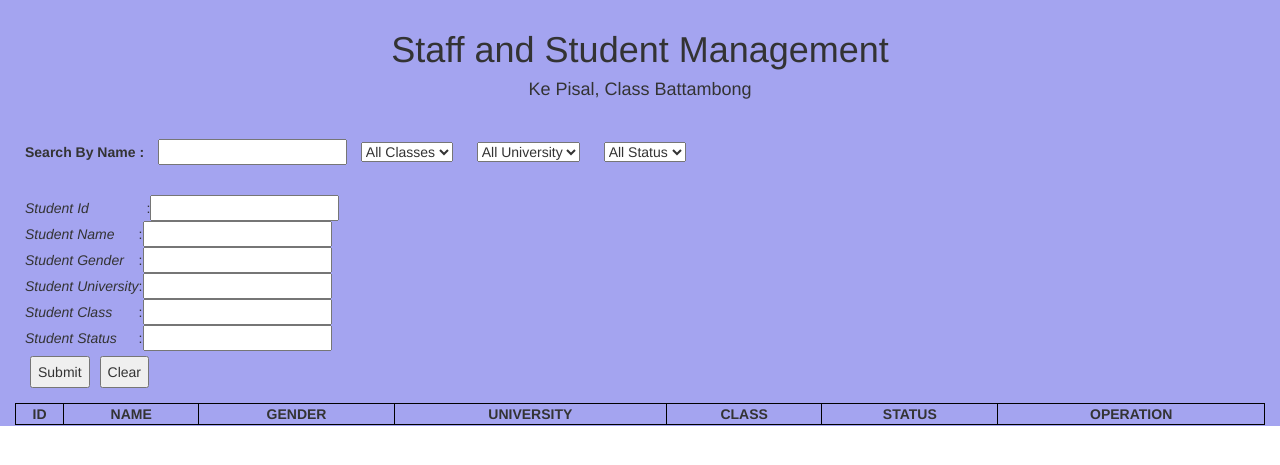
Repository: kepisal/ServletJAVA
Page: http://localhost/AjaxStaffandStudent/
The author's editor kept a copy of each file at every save. The page is drawn from the files as they stood at one save, then again after the next save.
The browser window is 1280 px wide. The pictures show the whole page.
The page is served by Tomcat 9. Other server files are loaded and not shown. Queries for data that is not in the repository find no rows.

Above is the page before, as saved 2015-07-10 16:38:48.

### AjaxStaffandStudent/WebContent/index.jsp
<%@ page language="java" contentType="text/html; charset=ISO-8859-1"
	pageEncoding="ISO-8859-1"%>
<!DOCTYPE html>
<html>
<head>
<meta http-equiv="Content-Type" content="text/html; charset=ISO-8859-1">
<title>Staff and Student Management</title>
<link rel="stylesheet" type="text/css"
	href="bootstrap/css/bootstrap.css">
<!-- <link rel="stylesheet" type="text/css" href="css/style.css"> -->

<!-- <script
	src="http://ajax.googleapis.com/ajax/libs/jquery/1.11.3/jquery.min.js"></script> -->
<script type="text/javascript" src="js/jquery-min.js"></script>
<script type="text/javascript" src="bootstrap/js/bootstrap.js"></script>
<script type="text/javascript" src="bootstrap/js/bootstrap.min.js"></script>
<style type="text/css">
.maincontent {
	background-color: #A4A4F0;
}

#title {
	padding: 10px;
	width: 100%;
}

option {
	height: 23px;
}

.mytb td, .mytb th{
	border: 1px solid black;
	border-collapse: collapse;
	text-align: center;

}
#title{
	text-align: center;
}

img {
	width: 20px;
}

#classlist, #universitylist, #txtinput, #statuslist {
	display: inline-block;
	margin: 10px;
}

button {
	margin: 5px;
	height: 32px
}
</style>
</head>
<body>
	<div class="maincontent col-sm-12">
		<div id="sheader">
			<div id="title">
				<h1>Staff and Student Management</h1>
				<h4>Ke Pisal, Class Battambong</h4>
			</div>
			<div id="classlist">
				<label>Search By Name : </label> <input type=text id=txtinput /> <select
					id=classselected onclick="searchClass()">

				</select>
			</div>
			<div id="universitylist">
				<select id=unvselected onclick="searchUniversity()">

				</select>
			</div>
			<div id="statuslist">
				<select id=statusselected onclick="searchStatus()">
					<option value=''>All Status</option>
					<option value=1>Active</option>
					<option value=0>Deactive</option>
				</select>
			</div>
		</div>
		<div id="sform">
			<table class="stuform" style="margin:10px;border:0px;">
				<tr><td><i>Student Id</i></td><td>&nbsp;&nbsp;:<input/></td></tr>
				<tr><td><i>Student Name </i></td><td>:<input/></td></tr>
				<tr><td><i>Student Gender </i></td><td>:<input/></td></tr>
				<tr><td><i>Student University </i></td><td>:<input/></td></tr>
				<tr><td><i>Student Class </i></td><td>:<input/></td></tr>
				<tr><td><i>Student Status </i></td><td>:<input/></td></tr>
				<tr><td colspan="2"><button id="btnadd btn btn-success" onclick="add()">Submit</button><button id="btnclear btn btn-success" onclick="add()">Clear</button></td></tr>
			</table>
		</div>
		<div id="sbody">
			<table class="mytb col-sm-12">
				<thead>
					<tr>
						<th>ID</th>
						<th>NAME</th>
						<th>GENDER</th>
						<th>UNIVERSITY</th>
						<th>CLASS</th>
						<th>STATUS</th>
						<th>OPERATION</th>
					</tr>
				</thead>
				<tbody id="tblist">
				</tbody>
			</table>
			<div id="sdetails">
				<!-- <i><h2>-------------Information Detail------------</h2></i> <label>ID
				:</label>
			<h3 id="stuid"></h3>
			<label>NAME :</label>
			<h3 id="stuname"></h3>
			<label>GENDER :</label>
			<h3 id="stugender"></h3>
			<label>UINVERSITY :</label>
			<h3 id="stuuniversity"></h3>
			<label>CLASS :</label>
			<h3 id="stuclass"></h3>
			<label>STATUS :</label>
			<h3 id="stustatus">ss</h3>
			<i><h2>-------------Information Detail------------</h2></i> -->
			</div>
		</div>
		<div class="col-sm-3"></div>
	</div>
	<script type="text/javascript" src="js/script.js"></script>
</body>
</html>

### AjaxStaffandStudent/WebContent/js/script.js
$(document).ready(function() {
	lists(); // list all objects in table
	droplist(); // list all objects in dropdownlist(class, university)
	$("#txtinput").keyup(function() {
		searchName($("#txtinput").val()); // action keyup on textbox
	});
});
/*
 * @param : data is JSon generate <option> value </option> for dropdownlist
 * class
 */
function classlist(data) {
	var str = "";
	str += "<option value=''>All Classes</option>;";
	for (var i = 0; i < data.length; i++) {
		str += "<option value=" + data[i].classes + ">" + data[i].classes;
	}
	str += "</option>";
	return str;
}
/*
 * @param : data is JSon generate <option> value </option> for dropdownlist
 * university
 */
function unvlist(data) {
	var str = "";
	str += "<option value=''>All University</option>;";
	for (var i = 0; i < data.length; i++) {
		str += "<option value=" + data[i].unversity + ">" + data[i].unversity;
	}
	str += "</optiont>";
	return str;
}

/*
 * get data from url and put into function with param
 */
function droplist() {
	$.post("classlist.hrd", function(data) {
		$("#classselected").html(classlist(data));
	});
	$.post("universitylist.hrd", function(data) {
		$("#unvselected").html(unvlist(data));
	});
}
/*
 * generate rows inside table list
 */
function lists() {
	$.post("listobject.hrd", function(data) {
		$("#tblist").html(listobjectdetails(data));
	});

}
/*
 * create tag <tr><td> value </td></tr> follow data
 */
function listobjectdetails(data) {
	var str = "";
	for (var i = 0; i < data.length; i++) {

		str += "<tr>" + "<td id=studid" + i + ">" + data[i].stuid + "</td>"
				+ "<td>" + data[i].stuname + "</td>" + "<td>"
				+ checkGender(data[i].gender) + "</td>" + "<td>"
				+ data[i].unversity + "</td>" + "<td>" + data[i].classes
				+ "</td>" + "<td>" + checkStatus(data[i].status, i) + "</td>"
				+ "<td><button class=btnEdit" + i + " onclick=editFun(" + i
				+ ")>Edit</button><button class=btnRemove" + i
				+ " onclick=removeFun(" + i
				+ ")>Remove</button><button  class=btnView" + i
				+ " onclick=viewFun(" + i + ")>View</button></td>" + "</tr>";
	}

	str += "</table>";

	return str;
}
/*
 * create form for edit and insertion
 */
function myform() {
	var str = "";
}

/*
 * change value 0,1 to male and female
 */
function checkGender(data) {
	var gender;
	if (data == 0) {
		gender = "Male";
	} else {
		gender = "Female";
	}
	return gender;
}
/*
 * change value 0,1 to image 0.png and 1.png
 */
function checkStatus(data, i) {
	var img;
	if (data == 0) {
		img = "<a href=#><img src=img/0.png id=mydata" + i
				+ " onclick=updateStatus(" + i + "," + data + ")></a>";
	} else {
		img = "<a href=#><img src=img/1.png id=mydata" + i
				+ " onclick=updateStatus(" + i + "," + data + ")></a>";
	}
	return img;
}
/*
 * @param : id, value id -> id of each students value -> value of status update
 * status
 */
function updateStatus(id, value) {
	var stuid = $("#studid" + id).text();
	var active;
	if (value == 0) {
		active = 1;
	} else {
		active = 0;
	}
	$.post("editobject.hrd", {
		stu_id : stuid,
		stu_status : active
	}, function(data) {
		lists();
	});
}
/*
 * search by name()
 */
function searchName() {
	var stuname = $('#txtinput').val();
	var stuclass = $('#classselected option:selected').val();
	var stuuniver = $('#unvselected option:selected').val();
	var stustatus = $('#statusselected option:selected').val();
	if (stuname == '') {
		lists();
	}
	$.post("searchobject.hrd", {
		stu_name : stuname,
		stu_class : stuclass,
		stu_university : stuuniver,
		stu_status : stustatus
	}, function(data) {
		$("#tblist").html(listobjectdetails(data));
	});
}
/*
 * search by class()
 */
function searchClass() {
	var stuname = $('#txtinput').val();
	var stuclass = $('#classselected option:selected').val();
	var stuuniver = $('#unvselected option:selected').val();
	var stustatus = $('#statusselected option:selected').val();
	$.post("searchobject.hrd", {
		stu_name : stuname,
		stu_class : stuclass,
		stu_university : stuuniver,
		stu_status : stustatus
	}, function(data) {
		$("#tblist").html(listobjectdetails(data));
	});
}
/*
 * search by university()
 */
function searchUniversity() {
	var stuname = $('#txtinput').val();
	var stuclass = $('#classselected option:selected').val();
	var stuuniver = $('#unvselected option:selected').val();
	var stustatus = $('#statusselected option:selected').val();
	$.post("searchobject.hrd", {
		stu_name : stuname,
		stu_class : stuclass,
		stu_university : stuuniver,
		stu_status : stustatus
	}, function(data) {
		$("#tblist").html(listobjectdetails(data));
	});
}
/*
 * search by status()
 */
function searchStatus() {
	var stuname = $('#txtinput').val();
	var stuclass = $('#classselected option:selected').val();
	var stuuniver = $('#unvselected option:selected').val();
	var stustatus = $('#statusselected option:selected').val();
	$.post("searchobject.hrd", {
		stu_name : stuname,
		stu_class : stuclass,
		stu_university : stuuniver,
		stu_status : stustatus
	}, function(data) {
		$("#tblist").html(listobjectdetails(data));
	});
}
/*
 * Add Function
 */
function add() {
	$("#sbody").load("pages/addForm.html"); // load file from article
}

function editFun(i) {
	alert("This is Edit" + $("#studid" + i).text());
}
function removeFun(i) {
	var stuid = $("#studid" + i).text();
	$.post("deleteobject.hrd", {
		stu_id : stuid
	}, function(data) {
		lists();
	});
}
function viewFun(i) {
	var stuid = $("#studid" + i).text();
	$.post("viewobject.hrd", {
		stu_id : stuid
	}, function(data) {
		$("#sbody").load("pages/viewdetails.html");
	});
}

### AjaxStaffandStudent/src/Controller/Front_Controller.java
package Controller;
import java.io.IOException;

import javax.servlet.RequestDispatcher;
import javax.servlet.ServletException;
import javax.servlet.annotation.WebServlet;
import javax.servlet.http.HttpServlet;
import javax.servlet.http.HttpServletRequest;
import javax.servlet.http.HttpServletResponse;

import Model.ObjectDAO;

@WebServlet("*.hrd")
public class Front_Controller extends HttpServlet {
	private static final long serialVersionUID = 1L;

	public Front_Controller() {
		super();
	}

	protected void doGet(HttpServletRequest request, HttpServletResponse response) throws ServletException, IOException {
		doProcess(request, response);
	}

	protected void doPost(HttpServletRequest request, HttpServletResponse response) throws ServletException, IOException {
		doProcess(request, response);
	}

	protected void doProcess(HttpServletRequest request, HttpServletResponse response) throws ServletException, IOException {
		String RequestURI = request.getRequestURI();

		System.out.println(RequestURI);
		String contextPath = request.getContextPath();
		System.out.println(contextPath);
		String command = RequestURI.substring(contextPath.length());
		ActionForward forward = null;
		Action action = null;

		System.out.println(command);

		switch(command){
			case "/listobject.hrd":
				action = new ListObject();
				try {
					forward = action.execute(request, response);
					System.out.println(forward);
				} catch (Exception e) {
					e.printStackTrace();
				}
				break;
			case "/classlist.hrd":
				action = new classList();
				try {
					forward = action.execute(request, response);
					System.out.println(forward);
				} catch (Exception e) {
					e.printStackTrace();
				}
				break;
			case "/universitylist.hrd":
				action = new universityList();
				try {
					forward = action.execute(request, response);
					System.out.println(forward);
				} catch (Exception e) {
					e.printStackTrace();
				}
				break;
			case "/editobject.hrd":
				action = new EditObject();
				try {
					forward = action.execute(request, response);
				} catch (Exception e) {
					e.printStackTrace();
				}
				break;
			case "/searchobject.hrd":
				action = new Search();
				try {
					forward = action.execute(request, response);
				} catch (Exception e) {
					e.printStackTrace();
				}
				break;
			case "/viewobject.hrd":
				action = new ViewObject();
				try {
					forward = action.execute(request, response);
				} catch (Exception e) {
					e.printStackTrace();
				}
				break;
			case "/deleteobject.hrd":
				action = new DeleteObject();
				try {
					forward = action.execute(request, response);
				} catch (Exception e) {
					e.printStackTrace();
				}
				break;
			default :
				forward = new ActionForward();
				forward.setPath("404.jsp");
				forward.setRedirect(false);
				break;


		}

		if (forward != null) {
			if (forward.isRedirect()) {
				response.sendRedirect(forward.getPath());
			} else {
				RequestDispatcher dispatcher = request
						.getRequestDispatcher(forward.getPath());
				dispatcher.forward(request, response);
			}

		}

	}
}

### AjaxStaffandStudent/src/Controller/ListObject.java
package Controller;

import java.util.ArrayList;

import javax.servlet.http.HttpServletRequest;
import javax.servlet.http.HttpServletResponse;

import com.google.gson.Gson;

import Controller.Action;
import Controller.ActionForward;
import Model.ObjectDAO;
import Model.ObjectDTO;

public class ListObject implements Action {

	@Override
	public ActionForward execute(HttpServletRequest request,
			HttpServletResponse response) throws Exception {

		ObjectDAO dao = new ObjectDAO();
		ArrayList<ObjectDTO> objectlist = dao.list();

		response.setContentType("application/json");
		response.setCharacterEncoding("UTF-8");
		String obj= new Gson().toJson(objectlist);

		response.getWriter().write(obj);


		return null;
	}

}

### AjaxStaffandStudent/src/Model/ObjectDAO.java
package Model;

import java.beans.Statement;
import java.sql.Connection;
import java.sql.DriverManager;
import java.sql.PreparedStatement;
import java.sql.ResultSet;
import java.sql.SQLException;
import java.util.ArrayList;
import java.sql.*;

import javax.naming.InitialContext;
import javax.sql.DataSource;

public class ObjectDAO {
	static Connection cn;

	/*
	 * list all of elements in database return Arraylist objects
	 */
	public ArrayList<ObjectDTO> list() throws SQLException,
			ClassNotFoundException {

		String sql = "select * from hrd_students";
		java.sql.Statement stm = cn.createStatement();
		ResultSet rs = stm.executeQuery(sql);
		ArrayList<ObjectDTO> objectdto = new ArrayList<ObjectDTO>();
		try {
			while (rs.next()) {
				objectdto.add(new ObjectDTO(rs.getString("stu_id"), rs
						.getString("stu_name"), rs.getInt("stu_gender"), rs
						.getString("stu_university"),
						rs.getString("stu_class"), rs.getInt("stu_status")));
			}

		} catch (Exception e) {
			e.printStackTrace();
		}
		return objectdto;
	}

	/*
	 * @param : id and status function update status 0 to 1 and 1 to 0 follow id
	 * return true/false for success or faild
	 */
	public boolean update(String id, int status) throws SQLException {
		try (PreparedStatement pstm = cn
				.prepareStatement("update hrd_students set stu_status=? where stu_id=?");) {

			pstm.setString(1, String.valueOf(status));
			pstm.setString(2, id);
			return pstm.execute();
		} catch (Exception e) {
			e.printStackTrace();
		}
		return false;
	}

	/*
	 * distinct the class value return Arraylist objects (0,1)
	 */
	public ArrayList<ObjectDTO> classList() throws SQLException {
		String sql = "SELECT distinct stu_class FROM hrd_students";
		java.sql.Statement stm = cn.createStatement();
		ResultSet rs = stm.executeQuery(sql);
		ArrayList<ObjectDTO> objectdto = new ArrayList<ObjectDTO>();
		try {
			while (rs.next()) {
				objectdto.add(new ObjectDTO("", "", 0, "", rs
						.getString("stu_class"), 0));
			}
		} catch (Exception e) {
			e.printStackTrace();
		}
		return objectdto;
	}

	/*
	 * distinct the university value return Arraylist objects (0,1)
	 */
	public ArrayList<ObjectDTO> universityList() throws SQLException {
		String sql = "select distinct stu_university from hrd_students";
		java.sql.Statement stm = cn.createStatement();
		ResultSet rs = stm.executeQuery(sql);
		ArrayList<ObjectDTO> objectdto = new ArrayList<ObjectDTO>();
		try {
			while (rs.next()) {
				objectdto.add(new ObjectDTO("", "", 0, rs
						.getString("stu_university"), "", 0));
			}
		} catch (Exception e) {
			e.printStackTrace();
		}
		return objectdto;
	}

	/*
	 * Search all of content by name, class, university and status return as
	 * ArrayList objects
	 */
	public ArrayList<ObjectDTO> search(String name, String classes,
			String university, String status) throws SQLException {
		PreparedStatement ps = cn
				.prepareStatement("select * from hrd_students where stu_university LIKE ? and stu_class LIKE ? and stu_status LIKE ? and stu_name like ?");
		ps.setString(1, university + "%");
		ps.setString(2, classes + "%");
		ps.setString(3, status + "%");
		ps.setString(4, "%" + name + "%");
		ResultSet rs = ps.executeQuery();
		ArrayList<ObjectDTO> alist = new ArrayList<ObjectDTO>();
		while (rs.next()) {
			alist.add(new ObjectDTO(rs.getString("stu_id"), rs
					.getString("stu_name"), rs.getInt("stu_gender"), rs
					.getString("stu_university"), rs.getString("stu_class"), rs
					.getInt("stu_status")));
		}
		return alist;
	}

	public ObjectDTO viewObject(String id) throws SQLException {
		String sql = "select * from hrd_students where stu_id=?";
		PreparedStatement pstm = cn.prepareStatement(sql);
		pstm.setString(1, id);
		ResultSet rs = pstm.executeQuery();
		ObjectDTO objectdto = new ObjectDTO();
		try {
			if (rs.next()) {
				objectdto = new ObjectDTO(rs.getString("stu_id"),
						rs.getString("stu_name"), rs.getInt("stu_gender"),
						rs.getString("stu_university"),
						rs.getString("stu_class"), rs.getInt("stu_status"));
			}

		} catch (Exception e) {
			e.printStackTrace();
		}
		return objectdto;
	}

	public boolean DeleteObject(String id) throws SQLException {
		String sql = "delete from hrd_students where stu_id=?";
		PreparedStatement pstm = cn.prepareStatement(sql);
		pstm.setString(1, id);
		return pstm.execute();
	}

	/********************** Here is Connection Database *********************************/
	static {
		try {
			Class.forName("com.mysql.jdbc.Driver");
			cn = DriverManager.getConnection(
					"jdbc:mysql://localhost:3306/ssdbmanage", "admin", "admin");
		} catch (Exception e) {
			// TODO Auto-generated catch block
			e.printStackTrace();
		}
	}
	/**********************
	 * Here is Connection Database
	 *
	 * @throws SQLException
	 *********************************/

}

### AjaxStaffandStudent/src/Controller/classList.java
package Controller;

import java.util.ArrayList;

import javax.servlet.http.HttpServletRequest;
import javax.servlet.http.HttpServletResponse;

import Model.ObjectDAO;
import Model.ObjectDTO;

import com.google.gson.Gson;

public class classList implements Action {

	public ActionForward execute(HttpServletRequest request,
			HttpServletResponse response) throws Exception {

		ObjectDAO dao = new ObjectDAO();
		ArrayList<ObjectDTO> objectlist = dao.classList();

		response.setContentType("application/json");
		response.setCharacterEncoding("UTF-8");
		String obj= new Gson().toJson(objectlist);

		response.getWriter().write(obj);
		return null;
	}

}

### AjaxStaffandStudent/src/Controller/universityList.java
package Controller;

import java.util.ArrayList;

import javax.servlet.http.HttpServletRequest;
import javax.servlet.http.HttpServletResponse;

import Model.ObjectDAO;
import Model.ObjectDTO;

import com.google.gson.Gson;

public class universityList implements Action {
	public ActionForward execute(HttpServletRequest request,
			HttpServletResponse response) throws Exception {

		ObjectDAO dao = new ObjectDAO();
		ArrayList<ObjectDTO> objectlist = dao.universityList();

		response.setContentType("application/json");
		response.setCharacterEncoding("UTF-8");
		String obj= new Gson().toJson(objectlist);

		response.getWriter().write(obj);
		return null;
	}
}

Loaded but not shown: AjaxStaffandStudent/WebContent/bootstrap/css/bootstrap.css (library); AjaxStaffandStudent/WebContent/js/jquery-min.js (library); AjaxStaffandStudent/WebContent/bootstrap/js/bootstrap.js (library); AjaxStaffandStudent/WebContent/bootstrap/js/bootstrap.min.js (library)

After the next save:
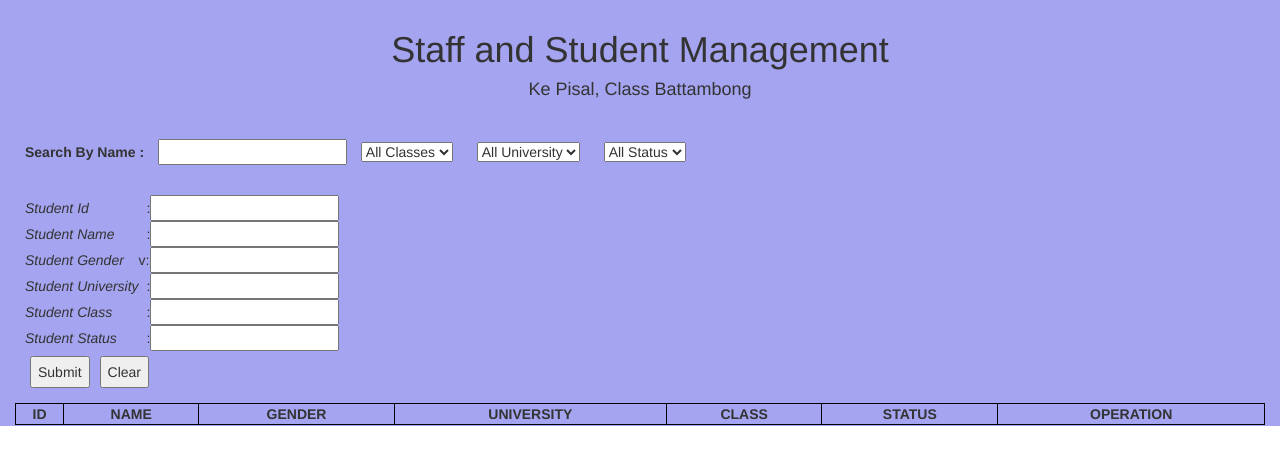
Saved 14 s later.
--- a/AjaxStaffandStudent/WebContent/index.jsp
+++ b/AjaxStaffandStudent/WebContent/index.jsp
@@ -82,11 +82,11 @@ button {
 		<div id="sform">
 			<table class="stuform" style="margin:10px;border:0px;">
 				<tr><td><i>Student Id</i></td><td>&nbsp;&nbsp;:<input/></td></tr>
-				<tr><td><i>Student Name </i></td><td>:<input/></td></tr>
-				<tr><td><i>Student Gender </i></td><td>:<input/></td></tr>
-				<tr><td><i>Student University </i></td><td>:<input/></td></tr>
-				<tr><td><i>Student Class </i></td><td>:<input/></td></tr>
-				<tr><td><i>Student Status </i></td><td>:<input/></td></tr>
+				<tr><td><i>Student Name </i></td><td>&nbsp;&nbsp;:<input/></td></tr>
+				<tr><td><i>Student Gender </i></td><td>v:<input/></td></tr>
+				<tr><td><i>Student University </i></td><td>&nbsp;&nbsp;:<input/></td></tr>
+				<tr><td><i>Student Class </i></td><td>&nbsp;&nbsp;:<input/></td></tr>
+				<tr><td><i>Student Status </i></td><td>&nbsp;&nbsp;:<input/></td></tr>
 				<tr><td colspan="2"><button id="btnadd btn btn-success" onclick="add()">Submit</button><button id="btnclear btn btn-success" onclick="add()">Clear</button></td></tr>
 			</table>
 		</div>
